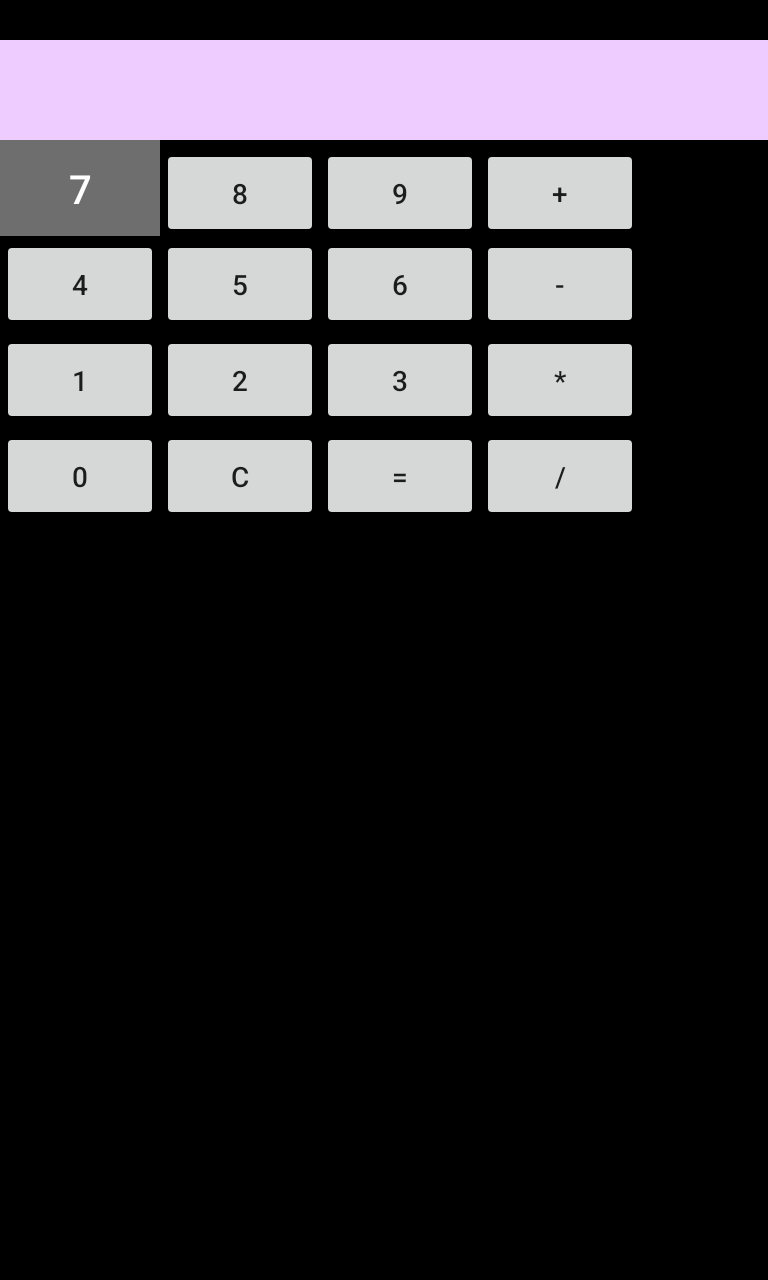
Repository: A207/guanjingjing
Layout: project/calculator_gjj/res/layout/activity_main.xml
The author's editor kept a copy of each file at every save. The layout is drawn from the files as they stood at one save, then again after the next save.
It is drawn on a 768 x 1280 px phone screen (xhdpi) without system bars, with theme AppTheme; the app's code is not run.

Above is the layout before, as saved 2015-07-16 01:55:50.

### project/calculator_gjj/res/layout/activity_main.xml
<?xml version="1.0" encoding="utf-8"?>
<LinearLayout xmlns:android="http://schemas.android.com/apk/res/android"
    android:layout_width="fill_parent"
    android:layout_height="fill_parent"
    android:orientation="vertical"
    android:paddingTop="20dip"
    android:background="#000" >

    <LinearLayout
        android:layout_width="fill_parent"
        android:layout_height="wrap_content"
        android:orientation="horizontal" >

        <TextView
            android:id="@+id/tv_calc_sum"
            android:layout_width="fill_parent"
            android:layout_height="50dip"
            android:background="#eeccff"
            android:gravity="center_vertical|right" >
        </TextView>
    </LinearLayout>

    <LinearLayout
        android:layout_width="fill_parent"
        android:layout_height="wrap_content"
        android:orientation="horizontal" >

        <Button
            android:id="@+id/btn_calc_07"
            android:layout_width="80dip"
            android:layout_height="wrap_content"
            android:background="#6e6e6e"
            android:textColor="#fff"
            android:textSize="20sp"
            android:text="7" />

        <Button
            android:id="@+id/btn_calc_08"
            android:layout_width="80dip"
            android:layout_height="wrap_content"
            android:text="8" />

        <Button
            android:id="@+id/btn_calc_09"
            android:layout_width="80dip"
            android:layout_height="wrap_content"
            android:text="9" />

        <Button
            android:id="@+id/btn_calc_jia"
            android:layout_width="80dip"
            android:layout_height="wrap_content"
            android:text="+" />
    </LinearLayout>

    <LinearLayout
        android:layout_width="fill_parent"
        android:layout_height="wrap_content"
        android:orientation="horizontal" >

        <Button
            android:id="@+id/btn_calc_04"
            android:layout_width="80dip"
            android:layout_height="wrap_content"
            android:text="4" />

        <Button
            android:id="@+id/btn_calc_05"
            android:layout_width="80dip"
            android:layout_height="wrap_content"
            android:text="5" />

        <Button
            android:id="@+id/btn_calc_06"
            android:layout_width="80dip"
            android:layout_height="wrap_content"
            android:text="6" />

        <Button
            android:id="@+id/btn_calc_jian"
            android:layout_width="80dip"
            android:layout_height="wrap_content"
            android:text="-" />
    </LinearLayout>

    <LinearLayout
        android:layout_width="fill_parent"
        android:layout_height="wrap_content"
        android:orientation="horizontal" >

        <Button
            android:id="@+id/btn_calc_01"
            android:layout_width="80dip"
            android:layout_height="wrap_content"
            android:text="1" />

        <Button
            android:id="@+id/btn_calc_02"
            android:layout_width="80dip"
            android:layout_height="wrap_content"
            android:text="2" />

        <Button
            android:id="@+id/btn_calc_03"
            android:layout_width="80dip"
            android:layout_height="wrap_content"
            android:text="3" />

        <Button
            android:id="@+id/btn_calc_cheng"
            android:layout_width="80dip"
            android:layout_height="wrap_content"
            android:text="*" />
    </LinearLayout>

    <LinearLayout
        android:layout_width="fill_parent"
        android:layout_height="wrap_content"
        android:orientation="horizontal" >

        <Button
            android:id="@+id/btn_calc_00"
            android:layout_width="80dip"
            android:layout_height="wrap_content"
            android:text="0" />

        <Button
            android:id="@+id/btn_calc_c"
            android:layout_width="80dip"
            android:layout_height="wrap_content"
            android:text="C" />

        <Button
            android:id="@+id/btn_calc_dengyu"
            android:layout_width="80dip"
            android:layout_height="wrap_content"
            android:text="=" />

        <Button
            android:id="@+id/btn_calc_chu"
            android:layout_width="80dip"
            android:layout_height="wrap_content"
            android:text="/" />
    </LinearLayout>

</LinearLayout>

Loaded but not shown: project/calculator_gjj/res/values/styles.xml (common file); project/calculator_gjj/res/values-v11/styles.xml (common file); project/calculator_gjj/res/values-v14/styles.xml (common file)

After the next save:
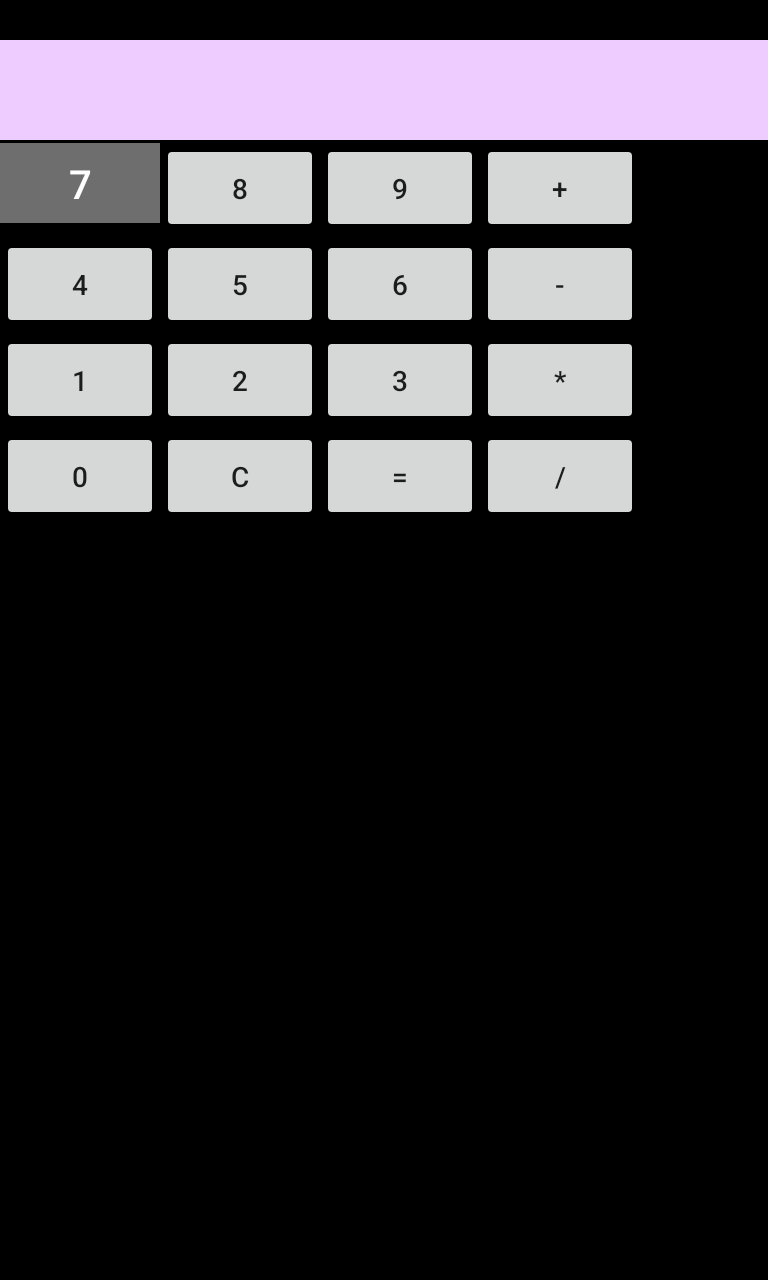
Saved 43 s later.
--- a/project/calculator_gjj/res/layout/activity_main.xml
+++ b/project/calculator_gjj/res/layout/activity_main.xml
@@ -28,7 +28,7 @@
         <Button
             android:id="@+id/btn_calc_07"
             android:layout_width="80dip"
-            android:layout_height="wrap_content"
+            android:layout_height="40dip"
             android:background="#6e6e6e"
             android:textColor="#fff"
             android:textSize="20sp"
